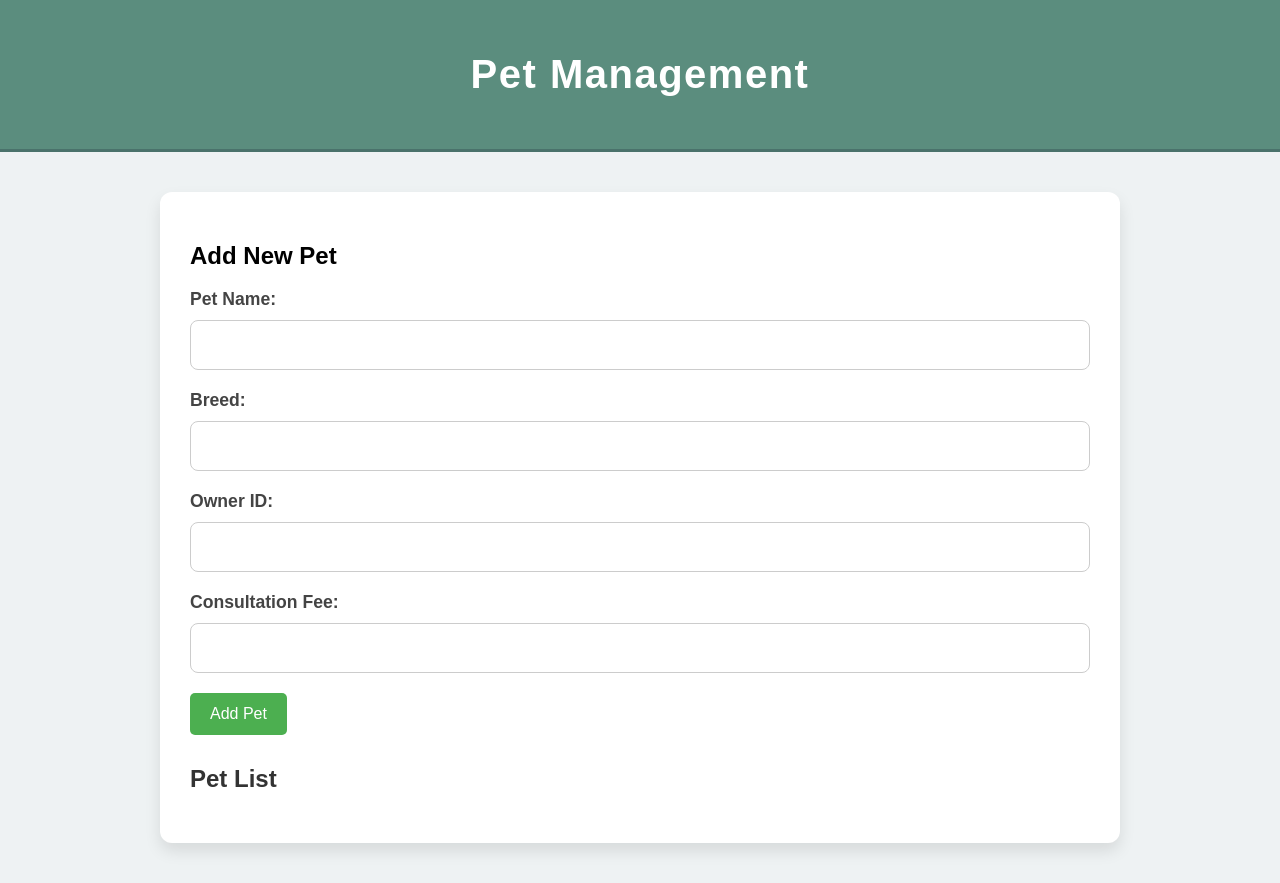
Repository: abirami1105/repoA
Page: PetClinicApplication/src/main/resources/static/pet.html
An editor plug-in stored every save of this project. The page is shown before and after the next save, followed by the edit.
The browser window is 1280 px wide. The pictures show the whole page.
The page's requests for data from a server got no answer.

Above is the page before, as saved 2025-01-02 18:53:46.

### PetClinicApplication/src/main/resources/static/pet.html
<!DOCTYPE html>
<html lang="en">
<head>
    <meta charset="UTF-8">
    <meta name="viewport" content="width=device-width, initial-scale=1.0">
    <title>Pet Management</title>
    <style>
        body {
            font-family: 'Arial', sans-serif;
            background-color: #eef2f3;
            margin: 0;
            padding: 0;
        }

        header {
            background-color: #5b8d7e;
            color: white;
            padding: 25px 0;
            text-align: center;
            border-bottom: 3px solid #4a726b;
        }

        header h1 {
            font-size: 2.5rem;
            letter-spacing: 1.5px;
        }

        .container {
            max-width: 900px;
            margin: 40px auto;
            padding: 30px;
            background-color: #ffffff;
            border-radius: 12px;
            box-shadow: 0 8px 16px rgba(0, 0, 0, 0.1);
        }

        .form-container {
            margin-bottom: 30px;
        }

        .form-container label {
            display: block;
            margin-bottom: 10px;
            font-size: 1.1rem;
            font-weight: bold;
            color: #444;
        }

        .form-container input {
            width: 100%;
            padding: 15px;
            font-size: 1rem;
            border-radius: 8px;
            border: 1px solid #ccc;
            margin-bottom: 20px;
            box-sizing: border-box;
            transition: all 0.3s ease;
        }

        .form-container button {
            background-color: #4CAF50;
            color: white;
            padding: 12px 20px;
            font-size: 1rem;
            border: none;
            border-radius: 5px;
            cursor: pointer;
            transition: background-color 0.3s ease;
        }

        .form-container button:hover {
            background-color: #45a049;
        }

        .pet-list {
            margin-top: 30px;
        }

        .pet-list h2 {
            color: #333;
        }

        .pet-list ul {
            list-style: none;
            padding: 0;
        }

        .pet-list li {
            background-color: #f9f9f9;
            padding: 10px;
            margin-bottom: 12px;
            border-radius: 5px;
            box-shadow: 0 2px 4px rgba(0, 0, 0, 0.1);
            color: #555;
        }

    </style>
</head>
<body>

<header>
    <h1>Pet Management</h1>
</header>

<div class="container">
    <div class="form-container">
        <h2>Add New Pet</h2>
        <form id="petForm">
            <label for="name">Pet Name:</label>
            <input type="text" id="name" name="name" required>

            <label for="breed">Breed:</label>
            <input type="text" id="breed" name="breed" required>

            <label for="ownerId">Owner ID:</label>
            <input type="number" id="ownerId" name="ownerId" required>

            <label for="consultationFee">Consultation Fee:</label>
            <input type="number" id="consultationFee" name="consultationFee" required>

            <button type="submit">Add Pet</button>
        </form>
    </div>

    <div class="pet-list">
        <h2>Pet List</h2>
        <ul id="petList"></ul>
    </div>
</div>

<script>
    document.getElementById("petForm").addEventListener("submit", function(event) {
        event.preventDefault();

        const petData = {
            name: document.getElementById("name").value,
            breed: document.getElementById("breed").value,
            owner: { id: document.getElementById("ownerId").value },
            consultationFee: document.getElementById("consultationFee").value
        };

        fetch("/pets", {
            method: "POST",
            headers: {
                "Content-Type": "application/json"
            },
            body: JSON.stringify(petData)
        })
        .then(response => response.json())
        .then(pet => {
            alert("Pet added successfully!");
            loadPets(); // Reload the list of pets
        });
    });

    function loadPets() {
        fetch("/pets")
            .then(response => response.json())
            .then(pets => {
                const petList = document.getElementById("petList");
                petList.innerHTML = "";
                pets.forEach(pet => {
                    const listItem = document.createElement("li");
                    listItem.textContent = `${pet.name} (${pet.breed}) - Owner ID: ${pet.owner.id} - Fee: $${pet.consultationFee}`;
                    petList.appendChild(listItem);
                });
            });
    }

    loadPets(); // Load pets when the page is first loaded
</script>

</body>
</html>

After the next save:
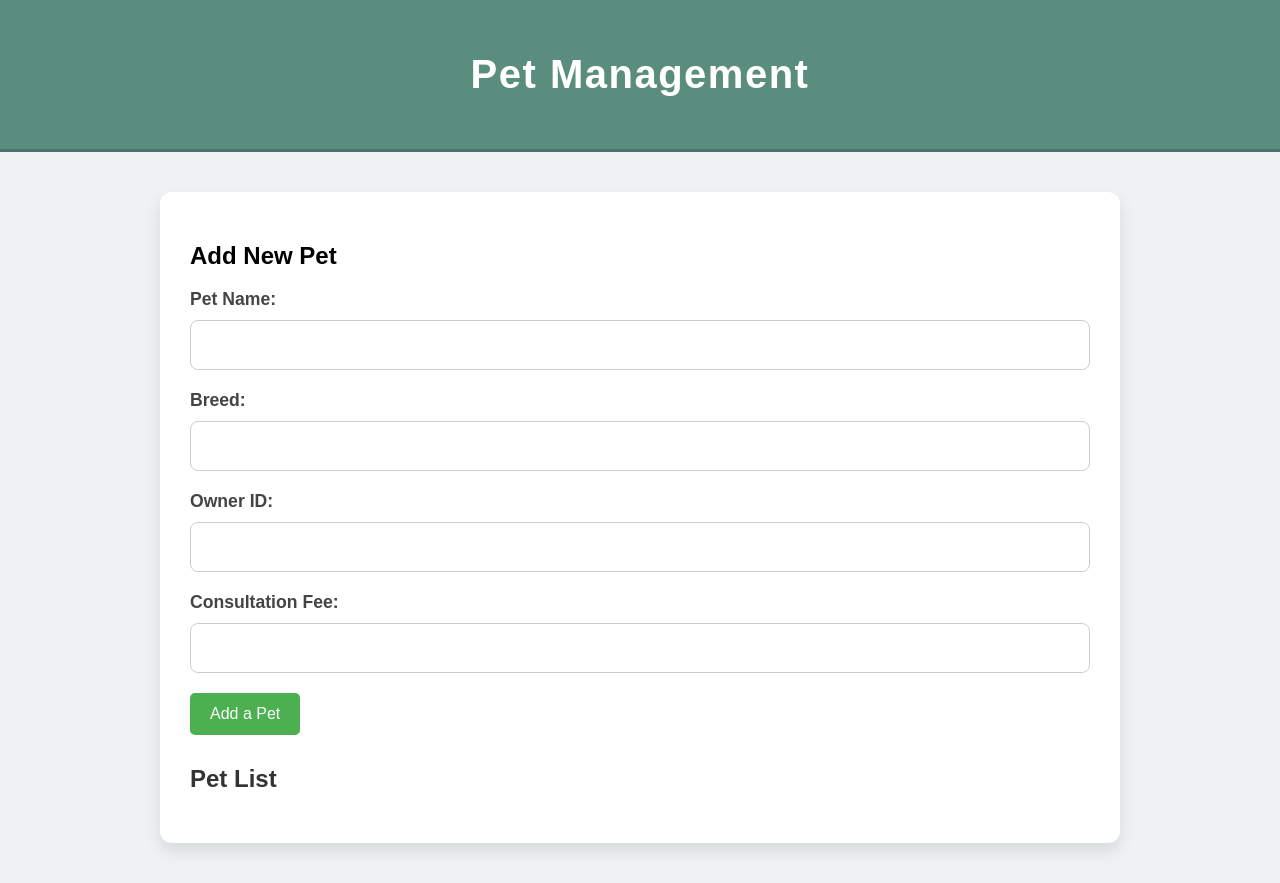
Saved 66 s later.
--- a/PetClinicApplication/src/main/resources/static/pet.html
+++ b/PetClinicApplication/src/main/resources/static/pet.html
@@ -118,7 +118,9 @@
             <label for="consultationFee">Consultation Fee:</label>
             <input type="number" id="consultationFee" name="consultationFee" required>
 
-            <button type="submit">Add Pet</button>
+            <div class="button-container">
+            	<button type="submit">Add a Pet</button>
+        	</div>
         </form>
     </div>
 
